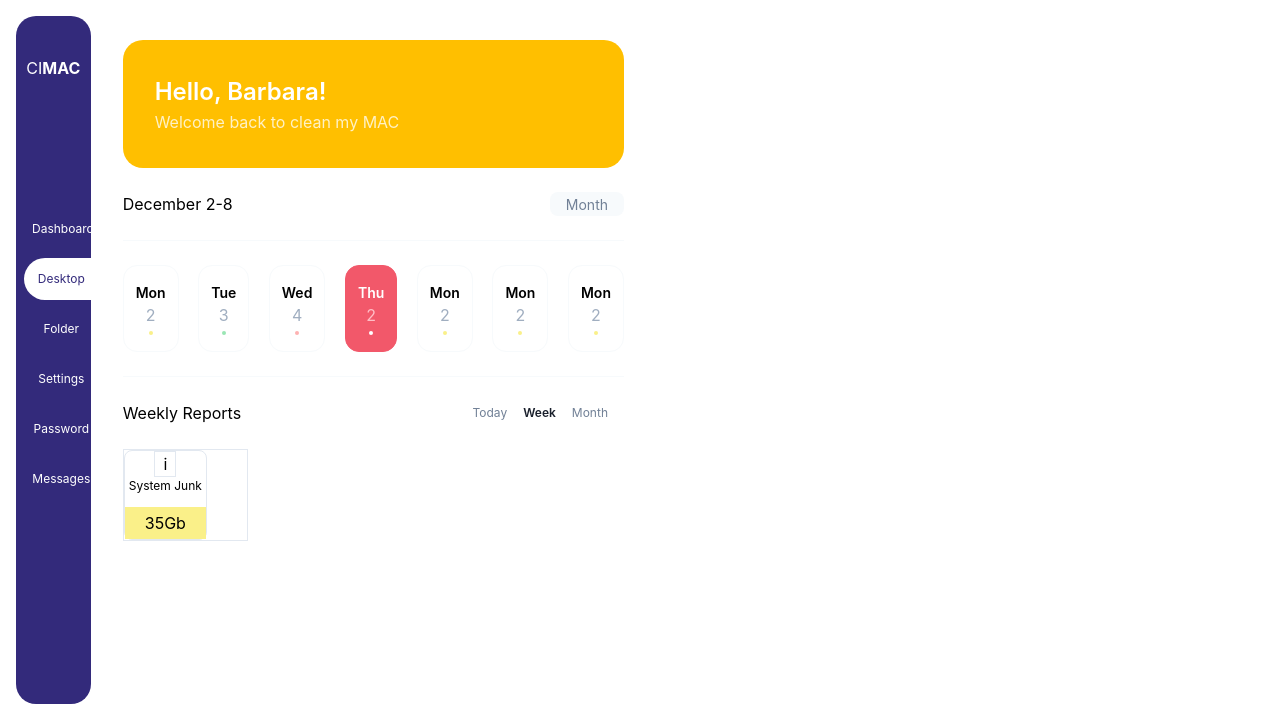
Repository: charleyvibez/experiment-Utility-software-UI
Page: index.html
The author's editor kept a copy of each file at every save. The page is drawn from the files as they stood at one save, then again after a run of saves.
The browser window is 1280 px wide. The pictures show the whole page.

Above is the page before, as saved 2020-03-18 00:46:53.

### index.html
<!DOCTYPE html>
<html lang="en">
<head>
  <meta charset="UTF-8">
  <meta name="viewport" content="width=device-width, initial-scale=1.0">

  <link rel="stylesheet" href="tailwind.css">
  <link rel="stylesheet" href="index.css">
  <title>Document</title>
</head>
<body>
  <section class="flex">
     <aside class="w-1/12 p-4 h-screen">
      <div class="aside-container bg-gray-100 rounded-xl flex flex-col items-center h-full">
        <div class="logo pt-10 text-white">
          <h3>CI<span class="font-bold">MAC</span></h3>
        </div>

      <nav class="flex flex-col items-center text-xs mt-32 text-center text-white w-full pl-2">
        <div class="nav-item w-full pl-2 py-3 mb-2">Dashboard</div>
        <div class="nav-item w-full pl-2 py-3 mb-2 active-nav">Desktop</div>
        <div class="nav-item w-full pl-2 py-3 mb-2">Folder</div>
        <div class="nav-item w-full pl-2 py-3 mb-2">Settings</div>
        <div class="nav-item w-full pl-2 py-3 mb-2">Password</div>
        <div class="nav-item w-full pl-2 py-3 mb-2">Messages</div>
      </nav>
      </div>

    </aside>

  <main class="w-5/12 p-4 h-screen pt-10">
    <div class="main-container">
      <div class="hello p-8 h-32 yellow-bg rounded-xl flex flex-col justify-center">
        <h1 class="text-2xl font-semibold text-white">Hello, Barbara!</h1>
        <p class="yellow-text-support">Welcome back to clean my MAC</p>
      </div>
      <div class="date">
        <div class="heading flex justify-between border-b border-gray-100 py-6">
          <div class="heading-date-range">
            <Span> December 2-8</Span>
          </div>
          <div class="heading-month bg-gray-100 px-4 rounded-lg flex items-center">
            <span class="inline-block text-sm text-gray-600">Month</span>
          </div>
        </div>
        <div class="days flex justify-between py-6  border-b border-gray-100">
          <div class="day flex flex-col items-center py-4 px-3 border border-gray-100 rounded-lg">
            <h3 class="font-semibold text-sm">Mon</h3>
            <span class="text-gray-500">2</span>
            <span class="w-1 h-1 bg-yellow-300 rounded-full mt-1"></span>
          </div>
          <div class="day flex flex-col items-center py-4 px-3 border border-gray-100 rounded-lg">
            <h3 class="font-semibold text-sm">Tue</h3>
            <span class="text-gray-500">3</span>
            <span class="w-1 h-1 bg-green-300 rounded-full mt-1"></span>
          </div>
          <div class="day flex flex-col items-center py-4 px-3 border border-gray-100 rounded-lg">
            <h3 class="font-semibold text-sm">Wed</h3>
            <span class="text-gray-500">4</span>
            <span class="w-1 h-1 bg-red-300 rounded-full mt-1"></span>
          </div>
          <div class="day flex flex-col items-center py-4 px-3 border border-gray-100 rounded-lg active-day">
            <h3 class="font-semibold text-sm">Thu</h3>
            <span class="inline-block text-gray-500 day-number">2</span>
            <span class="inline-block w-1 h-1 bg-yellow-300 rounded-full mt-1 day-indicator"></span>
          </div>
          <div class="day flex flex-col items-center py-4 px-3 border border-gray-100 rounded-lg">
            <h3 class="font-semibold text-sm">Mon</h3>
            <span class="text-gray-500">2</span>
            <span class="w-1 h-1 bg-yellow-300 rounded-full mt-1"></span>
          </div>
          <div class="day flex flex-col items-center py-4 px-3 border border-gray-100 rounded-lg">
            <h3 class="font-semibold text-sm">Mon</h3>
            <span class="text-gray-500">2</span>
            <span class="w-1 h-1 bg-yellow-300 rounded-full mt-1"></span>
          </div>
          <div class="day flex flex-col items-center py-4 px-3 border border-gray-100 rounded-lg">
            <h3 class="font-semibold text-sm">Mon</h3>
            <span class="text-gray-500">2</span>
            <span class="w-1 h-1 bg-yellow-300 rounded-full mt-1"></span>
          </div>
        </div>
      </div>

       <div class="Reports">
        <div class="heading flex justify-between  py-6">
          <div class="heading-date-range">
            <Span class="font-normal"> Weekly Reports</Span>
          </div>
          <div class="heading-reports  px-4 rounded-lg flex items-center">
            <span class="inline-block text-gray-600 text-xs">Today</span>
            <span class="inline-block text-gray-900 ml-4 text-xs font-semibold">Week</span>
            <span class="inline-block text-gray-600 ml-4 text-xs">Month</span>
          </div>


        </div>
        <div class="junks">
          <div class="system-junk w-1/4 border flex items-center pr-10">
           <div class="bg-white rounded-lg flex flex-col items-center border w-full">
             <span class="junk-icon inline-block px-2 border">
              i
            </span>
            <h6 class="text-xs  mb-3">System Junk</h6>
            <span class="inline-block bg-yellow-300 px-5 py-1">35Gb</span>
           </div>
          </div>
        </div>
       </div>
    </div>
  </main>
  </section>

</body>
</html>

### index.css
* {
  margin: 0;
  padding: 0;
  box-sizing: border-box;
}

.aside-container {
  background: #332a7b;
}
.active-nav {
  position: relative;
  background:white;
  color: #332a7b;
  border-bottom-left-radius: 30px;
  border-top-left-radius: 30px;
}

/* .active-nav:before {
  position: absolute;
  content: '';
  height: 30px;
  width: 30px;
  border-radius: 50%;
  top: -25px;
  right: 0;
  background: #332a7b;
} */

.rounded-xl {
  border-radius: 20px
}

.yellow-bg {
  background: #ffbf00;
}
.yellow-text-support {
  color: #fff1c5
}

.day {
  border-radius: 14px;
}

.active-day {
  background: #f2586a;
  border: 1px solid #f2586a
}

.active-day h3 {
  color: white;
  ;
}
.active-day .day-number {
  color: #ffbec6;
}
.active-day .day-indicator {
  background: white;
}

Loaded but not shown: tailwind.css (library)

After the next 8 saves:
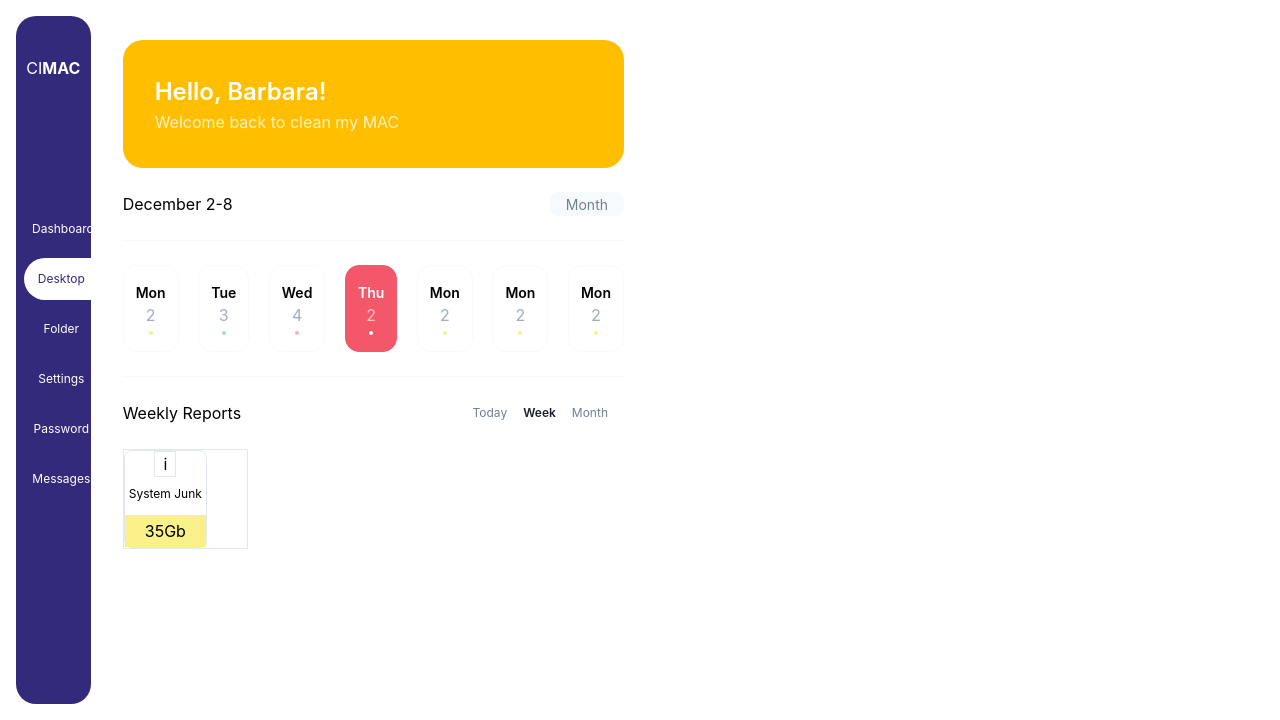
The 8 saves are shown as one change because they came seconds apart.
The last was saved 18 s later.
--- a/index.html
+++ b/index.html
@@ -98,10 +98,10 @@
         <div class="junks">
           <div class="system-junk w-1/4 border flex items-center pr-10">
            <div class="bg-white rounded-lg flex flex-col items-center border w-full">
-             <span class="junk-icon inline-block px-2 border">
+             <span class="junk-icon inline-block px-2 border mb-2">
               i
             </span>
-            <h6 class="text-xs  mb-3">System Junk</h6>
+            <h6 class="text-xs mb-3">System Junk</h6>
             <span class="inline-block bg-yellow-300 px-5 py-1">35Gb</span>
            </div>
           </div>
